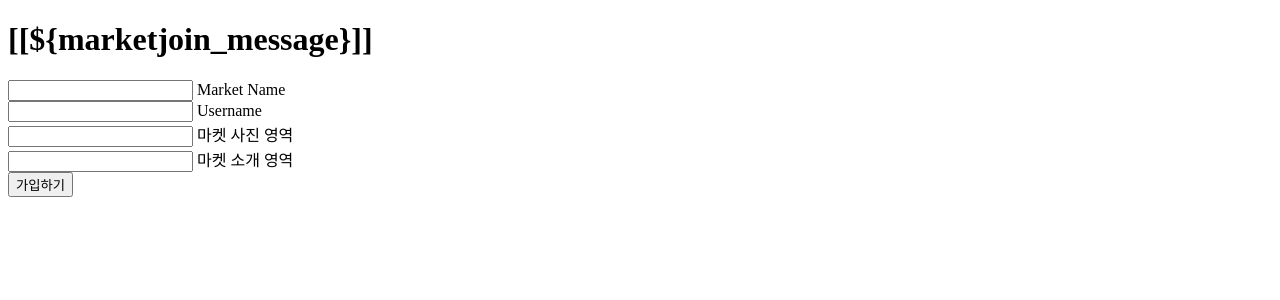
Repository: hisouske/test0325
Page: demo/test0325/src/main/resources/templates/marketjoin.html
An editor plug-in stored every save of this project. The page is shown before and after the next save, followed by the edit.
The browser window is 1280 px wide. The pictures show the whole page.

Above is the page before, as saved 2020-04-08 14:47:35.

### demo/test0325/src/main/resources/templates/marketjoin.html
<!DOCTYPE html>

<html xmlns="http://www.w3.org/1999/xhtml" xmlns:th="https://www.thymeleaf.org" xmlns:sec="https://www.thymeleaf.org/thymeleaf-extras-springsecurity3">
<form class="signup-form" action="/marketjoinok" method="POST">
    <h1 class="h3 mb-3 font-weight-normal">[[${marketjoin_message}]]</h1>
   <!----> <input type="hidden" th:name="${_csrf.parameterName}" th:value="${_csrf.token}" />
   <div class="row">
    <div class="input-field col s12">
      <input id="market_name" name="mid" type="text" class="validate"/>
      <label for="market_name">Market Name</label>
    </div>
  </div>

   <div class="row">
      <div class="input-field col s12">
        <input id="user_name" name="uid" type="text" class="validate"/>
        <label for="user_name">Username</label>
      </div>
    </div>

    <div class="row">
      <div class="input-field col s12">
        <input id="market_pic" name="mpic" type="text" class="validate"/>
        <label for="market_pic">마켓 사진 영역</label>
      </div>

    <div class="row">
        <div class="input-field col s12">
          <input id="market_intro" name="mintro" type="text" class="validate"/>
          <label for="market_intro">마켓 소개 영역</label>
        </div>
    </div>
    <input class="signup-btn waves-effect waves-light btn" type="submit" value="가입하기" />
  </form></html>

After the next save:
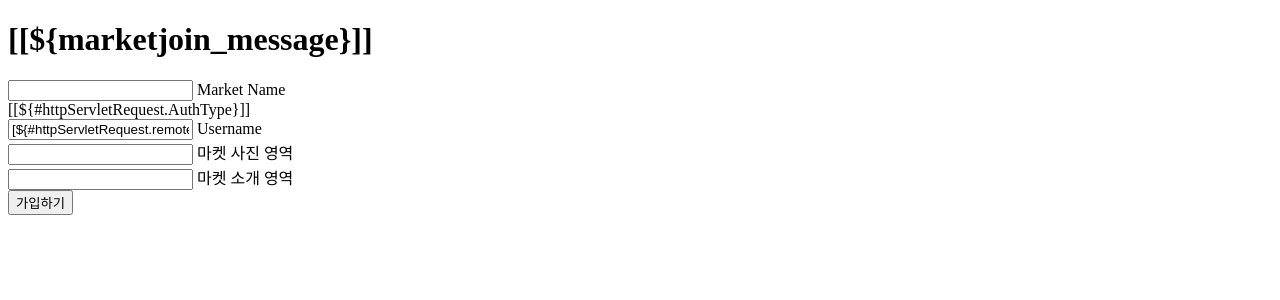
Saved 22 min 36 s later.
--- a/demo/test0325/src/main/resources/templates/marketjoin.html
+++ b/demo/test0325/src/main/resources/templates/marketjoin.html
@@ -10,10 +10,10 @@
       <label for="market_name">Market Name</label>
     </div>
   </div>
-
+  [[${#httpServletRequest.AuthType}]]
    <div class="row">
       <div class="input-field col s12">
-        <input id="user_name" name="uid" type="text" class="validate"/>
+        <input id="user_name" name="uid" type="text" value="[${#httpServletRequest.remoteUser}]"   class="validate"/>
         <label for="user_name">Username</label>
       </div>
     </div>
